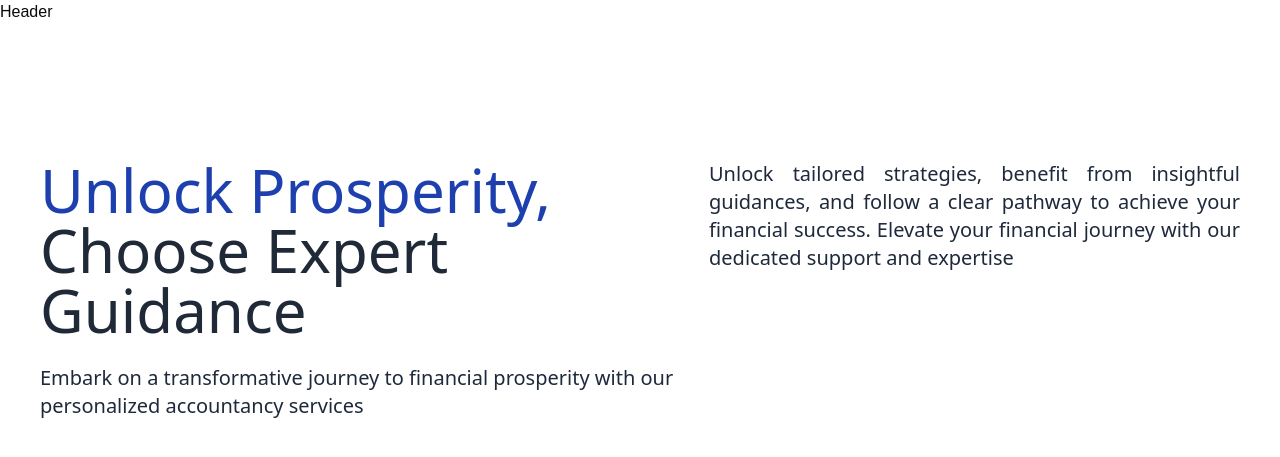
Repository: vespersolutionspk18/integrast-website
Page: /
The author's editor kept a copy of each file at every save. The page is drawn from the files as they stood at one save, then again after the next save.
The browser window is 1280 px wide. The pictures show the whole page.
The project was rebuilt for these pictures with package versions that can differ from the ones it lists, and the page was loaded fresh each time. The framework's server and built-in components were replaced by stand-ins that run in the browser. Also part of the build but not shown: next.config.ts.

Above is the page before, as saved 2024-12-09 14:48:51.

After the next save:
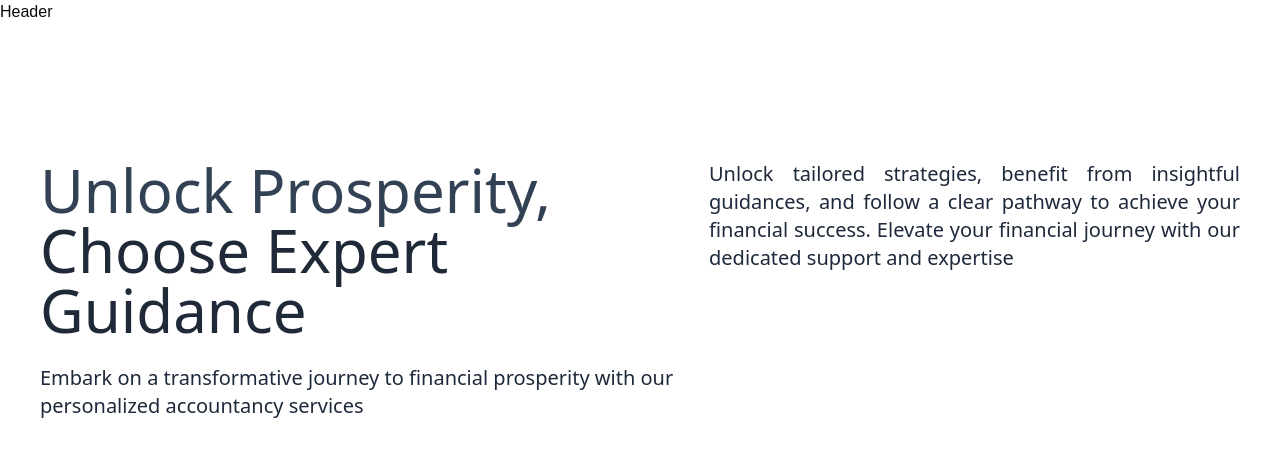
Saved 6 s later.
--- a/app/Hero.tsx
+++ b/app/Hero.tsx
@@ -5,7 +5,7 @@ const Hero = () => {
     <div className="flex flex-col p-10 ">
         <div className="flex flex-row mt-24 h-[280px] gap-5 ">
             <div className="w-[55%] flex flex-col">
-                <h1 className="font-light font-sans text-6xl text-blue-800">Unlock Prosperity, <span className="text-gray-800">Choose Expert Guidance</span></h1>
+                <h1 className="font-light font-sans text-6xl text-slate-700">Unlock Prosperity, <span className="text-gray-800">Choose Expert Guidance</span></h1>
                 <h4 className="text-xl font-sans text-slate-800 mt-6">Embark on a transformative journey to financial prosperity with our personalized accountancy services</h4>
             </div>
             <div className="w-[45%] flex flex-col items-start ">
